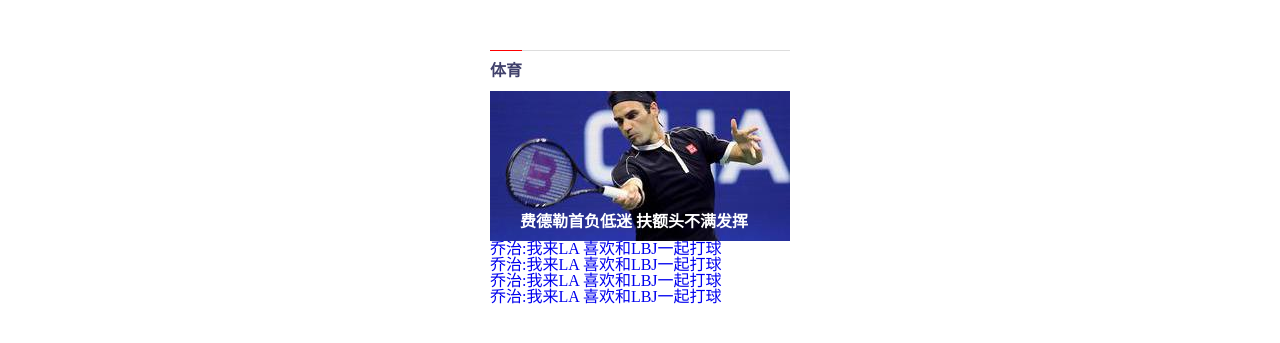
Repository: Romic77/css-test
Page: exercise/03_网易新闻的右侧列表.html
These files come from the project's save history. The page is drawn as it stood at one moment and after the next save; the edit follows.
The browser window is 1280 px wide. The pictures show the whole page.

Above is the page before, as saved 2022-09-03 15:57:18.

After the next save:
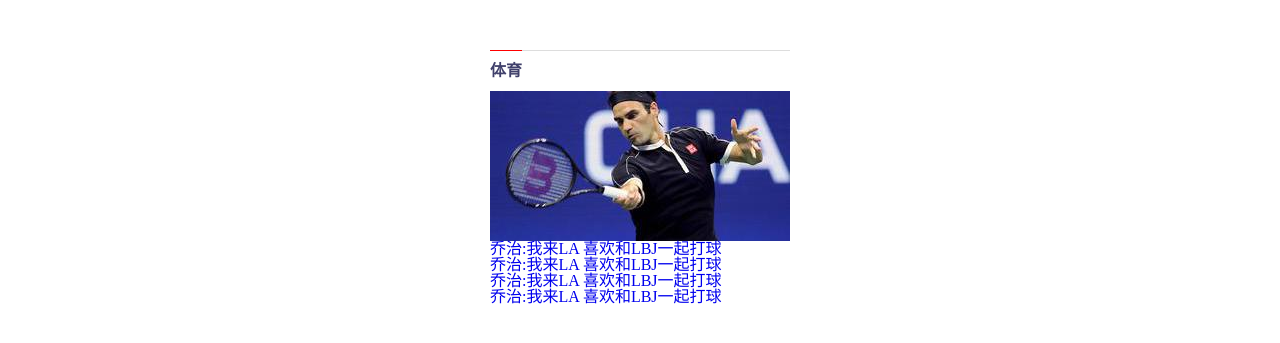
Saved 28 s later.
--- a/exercise/03_网易新闻的右侧列表.html
+++ b/exercise/03_网易新闻的右侧列表.html
@@ -50,7 +50,8 @@
             color: #fff;
             margin-top: -30px;
             font-weight: bold;
-            padding-left: 30px;
+            /* padding-left: 30px; */
+            margin: 30px auto;
         }
     </style>
 </head>

After the save that followed:
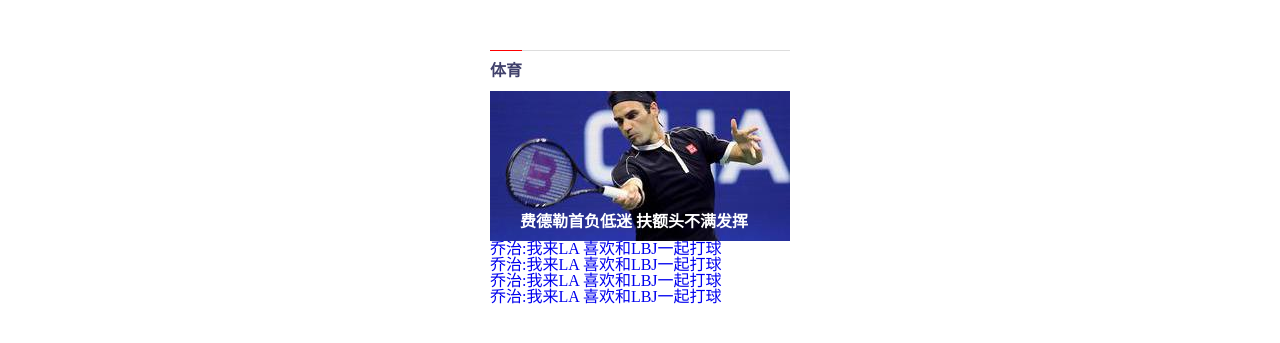
Saved 20 s later.
--- a/exercise/03_网易新闻的右侧列表.html
+++ b/exercise/03_网易新闻的右侧列表.html
@@ -50,8 +50,7 @@
             color: #fff;
             margin-top: -30px;
             font-weight: bold;
-            /* padding-left: 30px; */
-            margin: 30px auto;
+            padding-left: 30px;
         }
     </style>
 </head>
